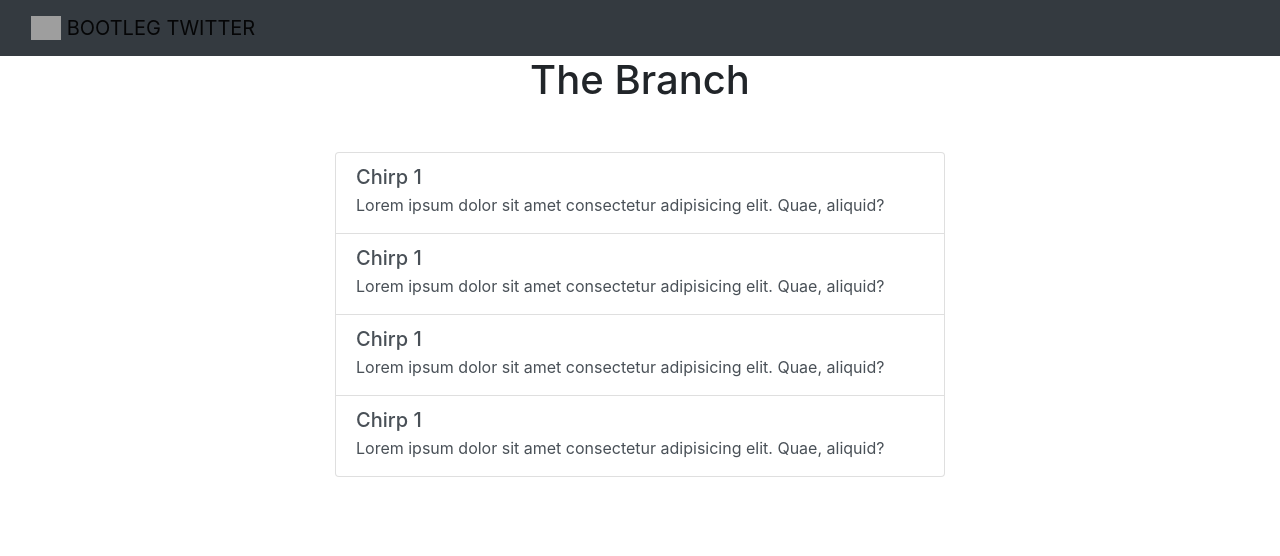
Repository: DavidDontKnow/BootlegTwitter
Page: html/FEED.HTML
These files come from the project's save history. The page is drawn as it stood at one moment and after the next save; the edit follows.
The browser window is 1280 px wide. The pictures show the whole page.
Pictures or frames that could not be fetched are drawn as grey boxes.

Above is the page before, as saved 2023-04-06 10:59:00.

After the next save:
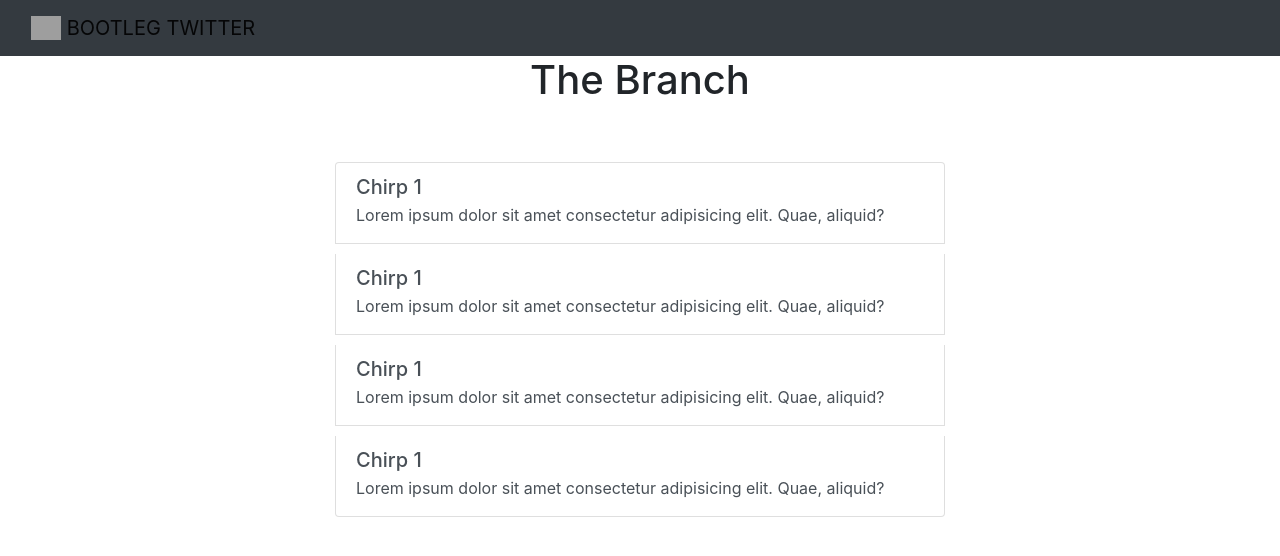
Saved 5 min 34 s later.
--- a/html/FEED.HTML
+++ b/html/FEED.HTML
@@ -6,7 +6,9 @@
     <meta name="viewport" content="width=device-width, initial-scale=1.0">
     <link rel="stylesheet" href="https://maxcdn.bootstrapcdn.com/bootstrap/4.5.2/css/bootstrap.min.css">
     <style>
-
+      .list-group-item {
+        margin-top: 10px;
+      }
     </style>
     <title>Login</title>
 </head>
